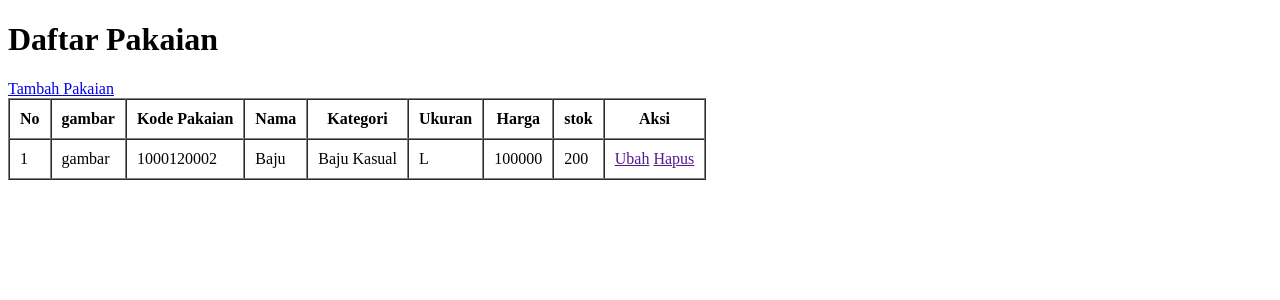
Repository: NovianRI/NovianRI.github.io
Page: http://localhost/
These files come from the project's save history. The page is drawn as it stood at one moment and after the next save; the edit follows.
The browser window is 1280 px wide. The pictures show the whole page.
The page is run by PHP 8.4 with error messages shown; the project is at /var/www/html/.

Above is the page before, as saved 2024-01-16 21:37:47.

### index.php
<!DOCTYPE html>
<html lang="en">
<head>
    <meta charset="UTF-8">
    <meta name="viewport" content="width=device-width, initial-scale=1.0">
    <title>Toko Pakaian</title>
</head>
<body>

    <h1>Daftar Pakaian</h1>

    <a href="tambah.php">Tambah Pakaian</a>

    <table border="1" cellpadding="10" cellspacing="0">
        <tr>
            <th>No</th>
            <th>gambar</th>
            <th>Kode Pakaian</th>
            <th>Nama</th>
            <th>Kategori</th>
            <th>Ukuran</th>
            <th>Harga</th>
            <th>stok</th>
            <th>Aksi</th>
        </tr>
            <td>1</td>
            <td>gambar</td>
            <td>1000120002</td>
            <td>Baju</td>
            <td>Baju Kasual</td>
            <td>L</td>
            <td>100000</td>
            <td>200</td>
            <td>
                <a href="">Ubah</a>
                <a href="">Hapus</a>
            </td>

    </table>

</body>
</html>

After the next save:
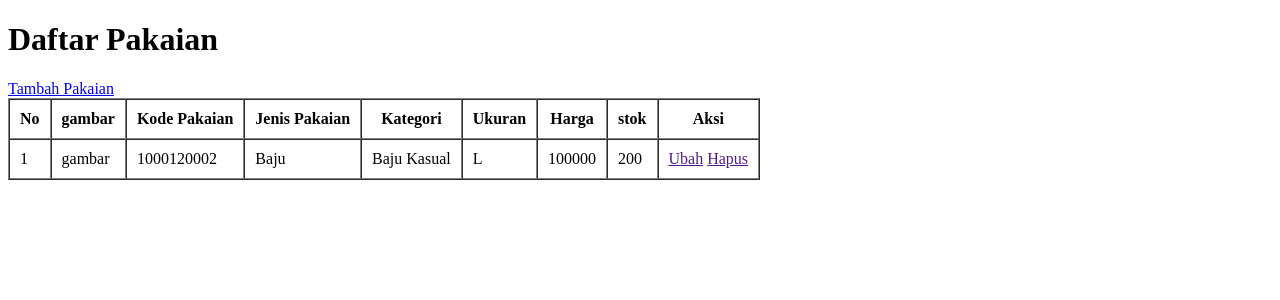
Saved 110 s later.
--- a/index.php
+++ b/index.php
@@ -16,7 +16,7 @@
             <th>No</th>
             <th>gambar</th>
             <th>Kode Pakaian</th>
-            <th>Nama</th>
+            <th>Jenis Pakaian</th>
             <th>Kategori</th>
             <th>Ukuran</th>
             <th>Harga</th>
